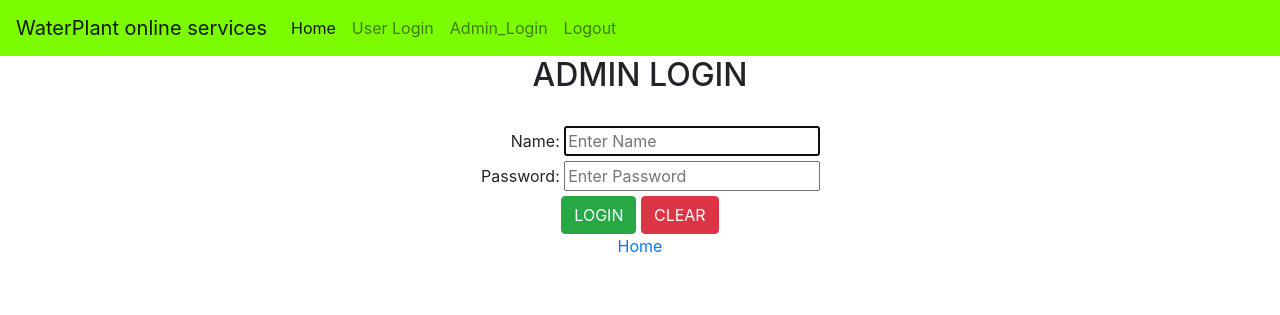
Repository: SHARMILAG97/WebApplication
Page: http://localhost/waterplant_web/adminlogin.jsp
The author's editor kept a copy of each file at every save. The page is drawn from the files as they stood at one save, then again after the next save.
The browser window is 1280 px wide. The pictures show the whole page.
The page is served by Tomcat 9. Other server files are loaded and not shown.

Above is the page before, as saved 2019-09-18 09:34:25.
Console error: TypeError: Cannot read properties of undefined (reading 'fn')

### waterplant_web/src/main/webapp/adminlogin.jsp
<%@ page language="java" contentType="text/html; charset=ISO-8859-1"
    pageEncoding="ISO-8859-1"%>
<!DOCTYPE html>
<html>
<head>
<meta charset="ISO-8859-1">
<title>AdminLogin</title>
<link rel="stylesheet" href="css/bootstrap.min.css">
<script src="js/bootstrap.min.js"></script>
<script src="js/jquery-3.4.1.min.js"></script>

<style type="text/css">
   label{
  width: 100px;
  display: inline-block;
  text-align: right;
   }
</style>


</head>
<body style="text-align:center">
<jsp:include page="headers.jsp"></jsp:include>
<h2>ADMIN LOGIN</h2></br>

<script type="text/javascript">
       function status() {
           alert("Logged successfully");
           window.location.href = "admin.jsp";
       }
       </script>
       <script>

function register() {
    //alert('register');
    event.preventDefault();
    var name = document.getElementById("name").value;
    var password = document.getElementById("password").value;
    var formData = "name=" + name + "&password=" + password;
    console.log(formData);
   // alert(formData);
    var url = "http://localhost:8080/waterplant_web/AdminLoginServlet?" + formData;
    console.log(url);
    //alert(url);
    var formData = {};
    $.get(url, function(response) {
        console.log(response);
        //alert(response);
        console.log(response.errorMessage);
        var msg=JSON.parse(response);
       // alert(msg.errorMessage);
        if (msg.errorMessage!=null) {
            alert("Invalid Username/Password");
            window.location.href = "adminlogin.jsp";
        } else {
            alert("valid Username/Password");
           status();
        }
    });
}
</script>

<%
String message = request.getParameter("message");
if (message != null){
	out.println("<font color='red'>" + message + "</font>");
}
%>
<script type="text/javascript">



function login(name,password){


		console.log("Admin Login");
		var formdata="name="+name+"password="+password;
	}
}

</script>
<form onsubmit=register()>

<label>Name:</label>
<input type="text" name="name" id="name" placeholder="Enter Name" required autofocus/>
<br/>

<label>Password:</label>
<input type="password" name="password" id="password" placeholder="Enter Password" required />
<br/>
<input type="submit" value="LOGIN" class="btn btn-success">
<button type="reset" class="btn btn-danger" value="clear">CLEAR</button>
</form>
<a href="index.jsp">Home</a>
</body>
</html>

### waterplant_web/src/main/webapp/headers.jsp

<nav class="navbar navbar-expand-md navbar-light" style="background-color: #7CFC00;">
 <a class="navbar-brand" href="index.jsp">WaterPlant online services</a>
 <button class="navbar-toggler" type="button" data-toggle="collapse" data-target="#navbarCollapse" aria-controls="navbarCollapse" aria-expanded="false" aria-label="Toggle navigation">
   <span class="navbar-toggler-icon"></span>
 </button>
 <div class="collapse navbar-collapse" id="navbarCollapse">
   <ul class="navbar-nav mr-auto">
     <li class="nav-item active">
       <a class="nav-link" href="index.jsp">Home</a>
     </li>

     <li class="nav-item">
       <a class="nav-link " href="userlogin.jsp">User Login</a>
     </li>
     <li class="nav-item">
       <a class="nav-link " href="adminlogin.jsp">Admin_Login</a>
     </li>
      <li class="nav-item">
       <a class="nav-link " href="index.jsp">Logout</a>
     </li>

   </ul>
 <!--   <form class="form-inline mt-2 mt-md-0">
   <input class="form-control mr-sm-2" type="text" placeholder="Search" aria-label="Search">
     <button class="btn btn-outline-success my-2 my-sm-0" type="submit">Search</button>
   </form>-->
 </div>
</nav>

Loaded but not shown: waterplant_web/src/main/webapp/css/bootstrap.min.css (library); waterplant_web/src/main/webapp/js/bootstrap.min.js (library); waterplant_web/src/main/webapp/js/jquery-3.4.1.min.js (library)

After the next save:
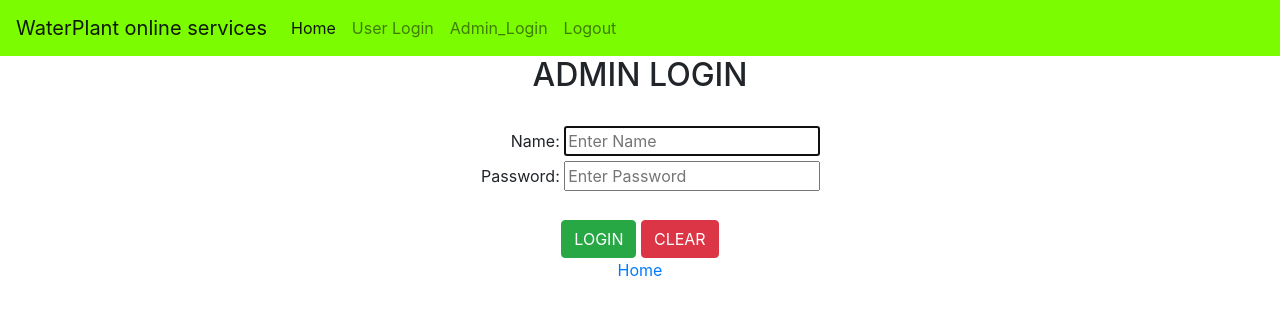
Saved 20 s later.
--- a/waterplant_web/src/main/webapp/adminlogin.jsp
+++ b/waterplant_web/src/main/webapp/adminlogin.jsp
@@ -87,7 +87,7 @@ function login(name,password){
 
 <label>Password:</label>
 <input type="password" name="password" id="password" placeholder="Enter Password" required />
-<br/>
+<br/></br>
 <input type="submit" value="LOGIN" class="btn btn-success">
 <button type="reset" class="btn btn-danger" value="clear">CLEAR</button>
 </form>
